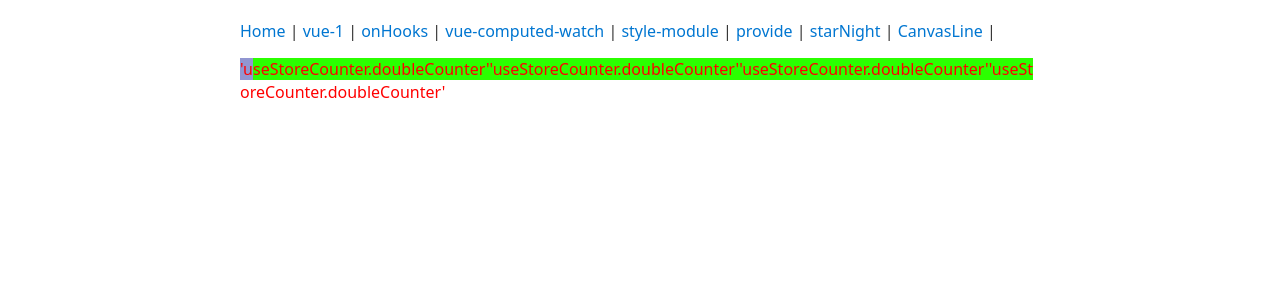
Repository: 596178924/vue3-ts-html
Page: /
The author's editor kept a copy of each file at every save. The page is drawn from the files as they stood at one save, then again after the next save.
The browser window is 1280 px wide. The pictures show the whole page.
The project was rebuilt for these pictures with package versions that can differ from the ones it lists, and the page was loaded fresh each time. Also part of the build but not shown: vue.config.js.

Above is the page before, as saved 2022-02-15 16:31:52.

After the next save:
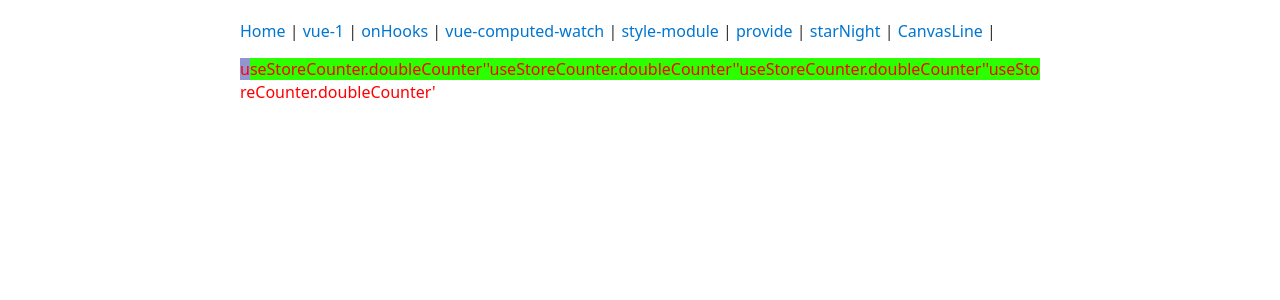
Saved 8 s later.
--- a/src/views/Home.vue
+++ b/src/views/Home.vue
@@ -1,7 +1,7 @@
 <template>
 	<div class="home">
 		<p class="red">
-			'useStoreCounter.doubleCounter''useStoreCounter.doubleCounter''useStoreCounter.doubleCounter''useStoreCounter.doubleCounter'
+			useStoreCounter.doubleCounter''useStoreCounter.doubleCounter''useStoreCounter.doubleCounter''useStoreCounter.doubleCounter'
 		</p>
 	</div>
 </template>
